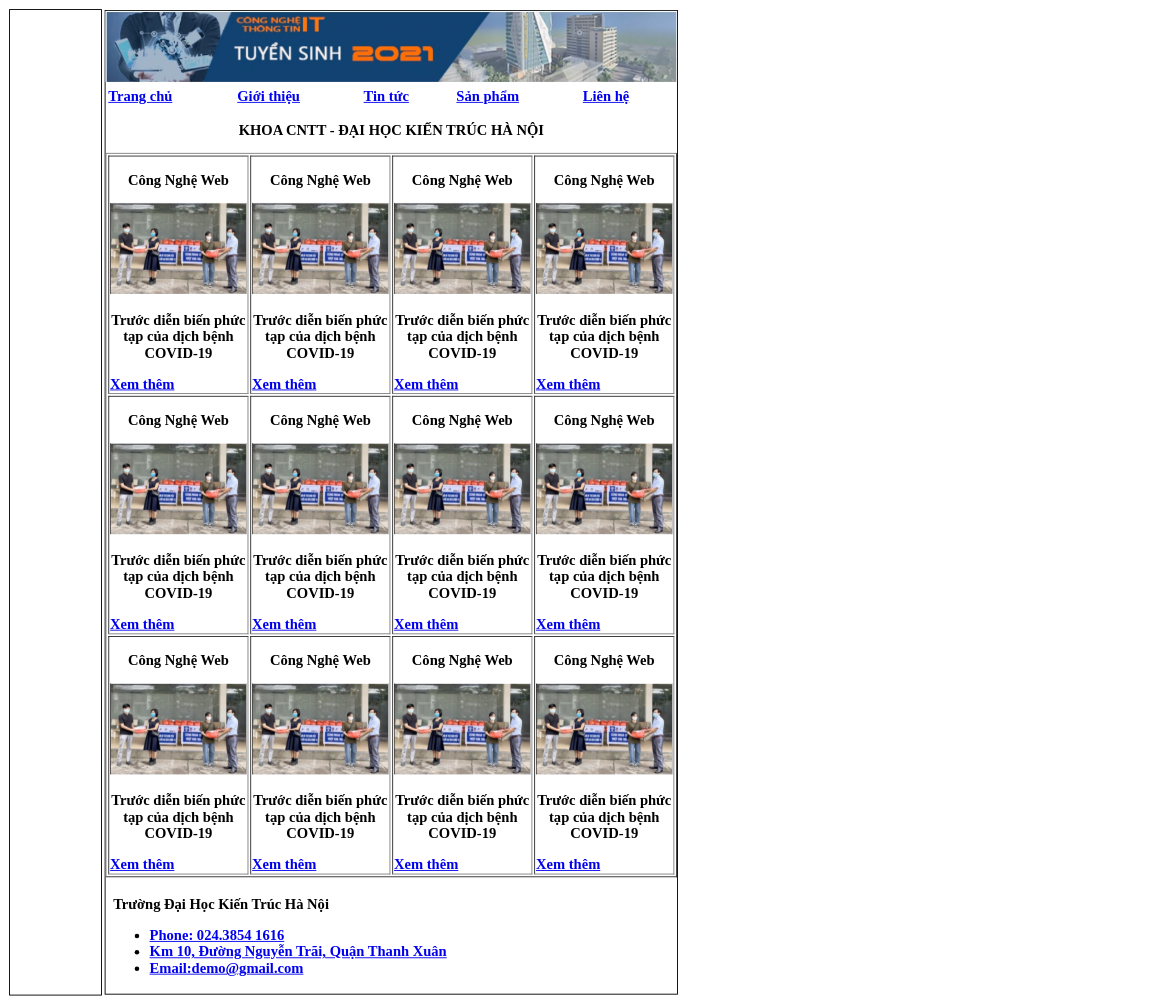
Repository: longtn213/Frond_end_HTML-CSS
Page: Front-End/Demohtml/baitapbuoi2.html
These files come from the project's save history. The page is drawn as it stood at one moment and after the next save; the edit follows.
The browser window is 1280 px wide. The pictures show the whole page, at 91% of full size.

Above is the page before, as saved 2021-09-09 14:54:25.

After the next save:
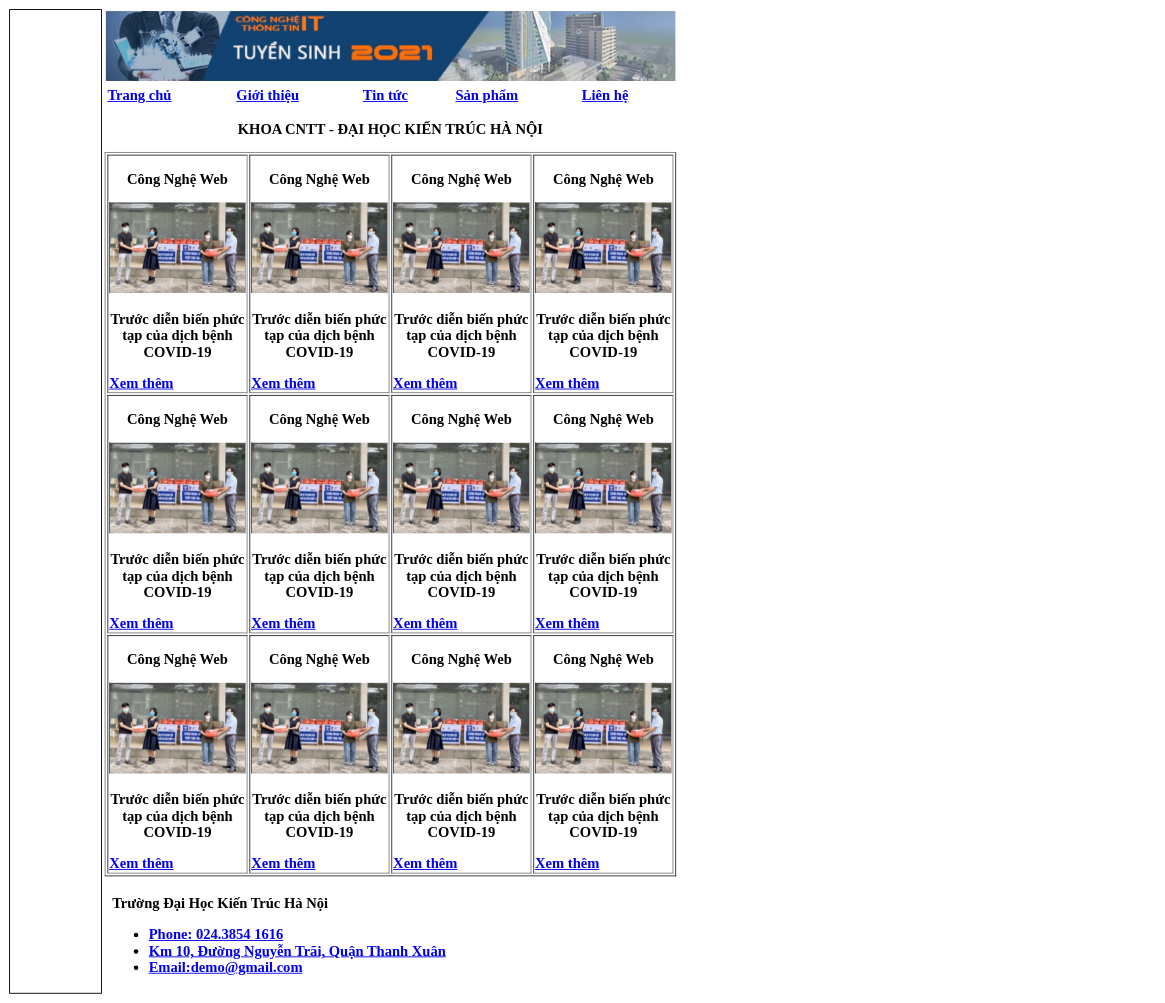
Saved 12 s later.
--- a/Front-End/Demohtml/baitapbuoi2.html
+++ b/Front-End/Demohtml/baitapbuoi2.html
@@ -17,7 +17,7 @@
 		<tr style="border: 1px solid #000;">
 			<th style="border: 1px solid #000; padding:50px;"></th>
 			<th>
-				<center style="border: 1px solid #000;">
+				<center>
 					<img class="anhtop" width="628px" src="./img/slider.png"">
 
 					<br>
